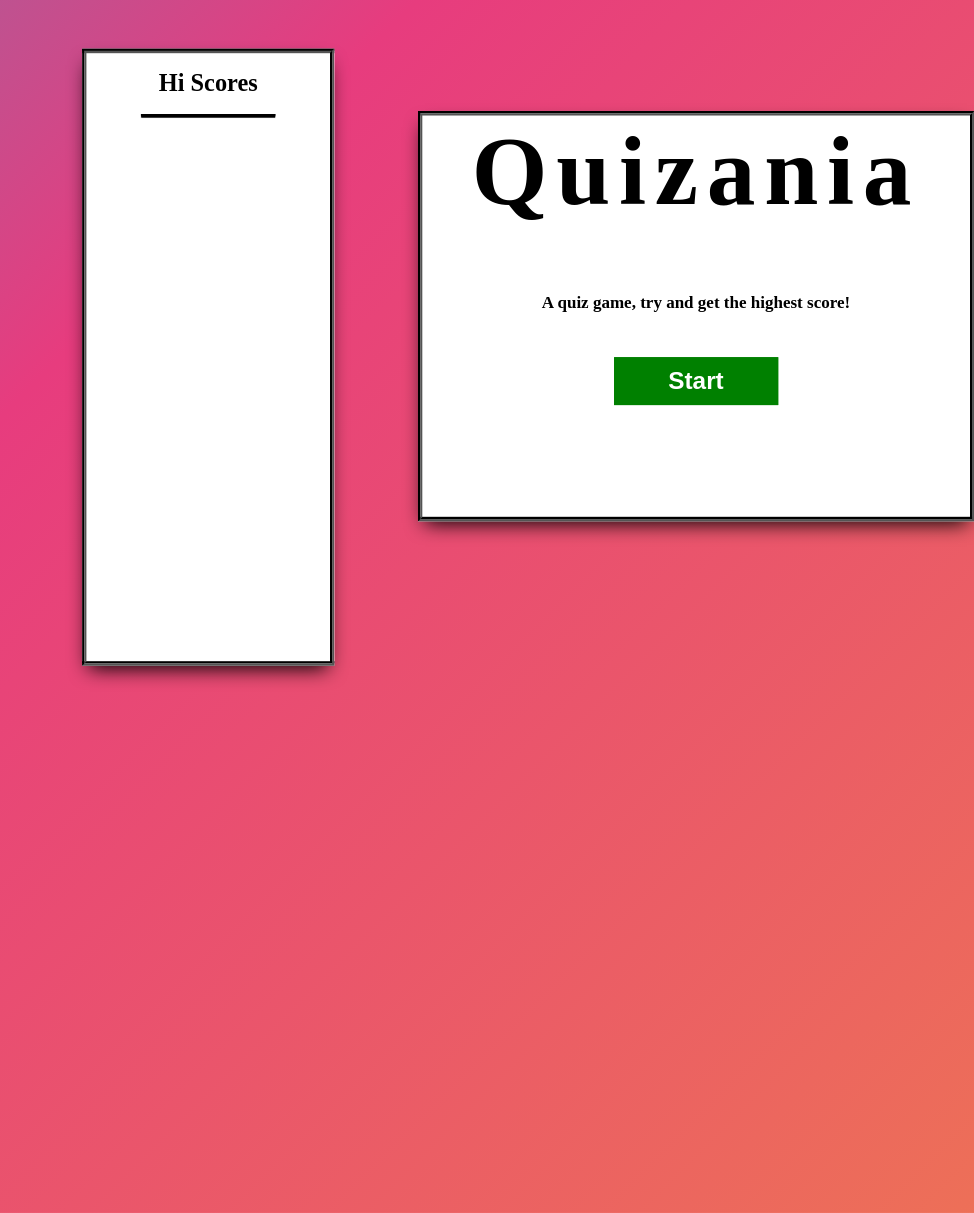
Repository: PatrickTheCodeGuy/QuizApp
Page: / (app in quizapp/)
The author's editor kept a copy of each file at every save. The page is drawn from the files as they stood at one save, then again after the next save.
The browser window is 1280 px wide. The page is 1282 px wide, so the pictures cover 1282 px, including what lies to the right of the window. The pictures show the whole page, at 76% of full size.
The project was rebuilt for these pictures with package versions that can differ from the ones it lists, and the page was loaded fresh each time.

Above is the page before, as saved 2021-07-08 15:10:13.

### quizapp/src/index.css
body {
  margin: 0;
  font-family: -apple-system, BlinkMacSystemFont, 'Segoe UI', 'Roboto', 'Oxygen',
    'Ubuntu', 'Cantarell', 'Fira Sans', 'Droid Sans', 'Helvetica Neue',
    sans-serif;
  -webkit-font-smoothing: antialiased;
  -moz-osx-font-smoothing: grayscale;
  background: linear-gradient(-45deg, #ee7752, #e73c7e, #23a6d5, #23d5ab);
    background-size: 400% 400%;
    animation: gradient 15s ease infinite;
}

code {
  font-family: source-code-pro, Menlo, Monaco, Consolas, 'Courier New',
    monospace;
}
html, body, #app, #app>div {
  width: 100%;
  height:100%;
}

hr.rounded {
  border-top: 5px solid black;
    border-radius: 1px;
    width: 55%;
}

#root{
  display:flex;
}


@keyframes gradient {
    0% {
        background-position: 0% 50%;
    }
    50% {
        background-position: 100% 50%;
    }
    100% {
        background-position: 0% 50%;
    }
}

### quizapp/src/App.js
import logo from './logo.svg';
import './App.css';
import Leaderboard from './components/Leaderboard/Leaderboard';
import StartMenu from './components/StartMenu/StartMenu';


function App() {
  return (
    <div className="startMenu-container App">
          <div class="leaderboard-container">
            <Leaderboard/>
          </div>
          <div class="game-container">
            <StartMenu/>
          </div>
    </div>
  );
}

export default App;

### quizapp/src/App.css
.App {
  display:flex
}

.App-logo {
  height: 40vmin;
  pointer-events: none;
}

@media (prefers-reduced-motion: no-preference) {
  .App-logo {
    animation: App-logo-spin infinite 20s linear;
  }
}

.App-header {
  background-color: #282c34;
  min-height: 100vh;
  display: flex;
  flex-direction: column;
  align-items: center;
  justify-content: center;
  font-size: calc(10px + 2vmin);
  color: white;
}

.App-link {
  color: #61dafb;
}

@keyframes App-logo-spin {
  from {
    transform: rotate(0deg);
  }
  to {
    transform: rotate(360deg);
  }
}


.startMenu-container{
  display: flex;
  margin: 0 auto;
}

.leaderboard-container {
  width: 20em;
  border: 6px groove black;
  text-align: center;
  background-color: white;
  box-shadow: 0px 12px 25px -8px #000000;
  margin-top: 6%;
  height: 50em;
}

### quizapp/src/components/Leaderboard/Leaderboard.js
import React from 'react';
import './Leaderboard.css';

class Leaderboard extends React.Component {
    constructor(props){
        super(props)
        // TODO
        //state for people and scores here
    }

    render(){
        return (
            <div>
                <h1 class="hi-score-text"> Hi Scores</h1>
                <hr class="rounded"/>
            </div>
        )
    }
}

export default Leaderboard;

### quizapp/src/components/StartMenu/StartMenu.js
import React from 'react';
import './StartMenu.css';

class StartMenu extends React.Component {
    constructor(props){
        super(props);
        // TODO
        // determine if need logic here, may just need to be a functional component.
    }

    render(){
        return (
            <div class="menu-container">
                <h1 class="menu-text">Quizania</h1>
                <p class="regular-text">A quiz game, try and get the highest score!</p>
                <button class="button-start">Start</button>
            </div>
        )
    }
}

export default StartMenu;

### quizapp/src/components/Leaderboard/Leaderboard.css
.board-container{
    border: 6px groove black;
    text-align: center;
    background-color: white;
    box-shadow: 0px 12px 25px -8px #000000;
    width: 45em;
    height: 33em;
    margin: 20% 15%;
}

.hi-score-text {
    font-family: 'Pacifico', cursive !important;
}

### quizapp/src/components/StartMenu/StartMenu.css
.menu-text{
    font-family: 'Pacifico', cursive;
    font-size: 8em;
    letter-spacing: 0.09em;
    margin-top: 0%;
}

.regular-text{
    font-family:fantasy;
    font-weight:900;
    font-size: 1.4em;
}

.button-start{
    width: 30%;
    height: 12%;
    background: green;
    margin-top: 5%;
    color: white;
    border: 3px solid green;
    font-size: xx-large;
    font-weight: 600;
    transition: background-color 0.1s ease;
}

.button-start:hover{
    background: rgba(30, 204, 213, 0.311);
    color: black;
    border: 3px solid rgba(41, 251, 255, 0.743);
}

.button-start:active {
    box-shadow: 0 2px #666;
    border: 3px solid rgba(0, 0, 0, 0.564);
    background: white;
    width: 32%;
    color: rgb(43, 43, 43);
    transform: translateY(4px);
}

.menu-container{
    border: 6px groove black;
    text-align: center;
    background-color: white;
    box-shadow: 0px 12px 25px -8px #000000;
    width: 45em;
    height: 33em;
    margin: 20% 15%;
}

Loaded but not shown: quizapp/src/index.js (common file); quizapp/src/reportWebVitals.js (common file)

After the next save:
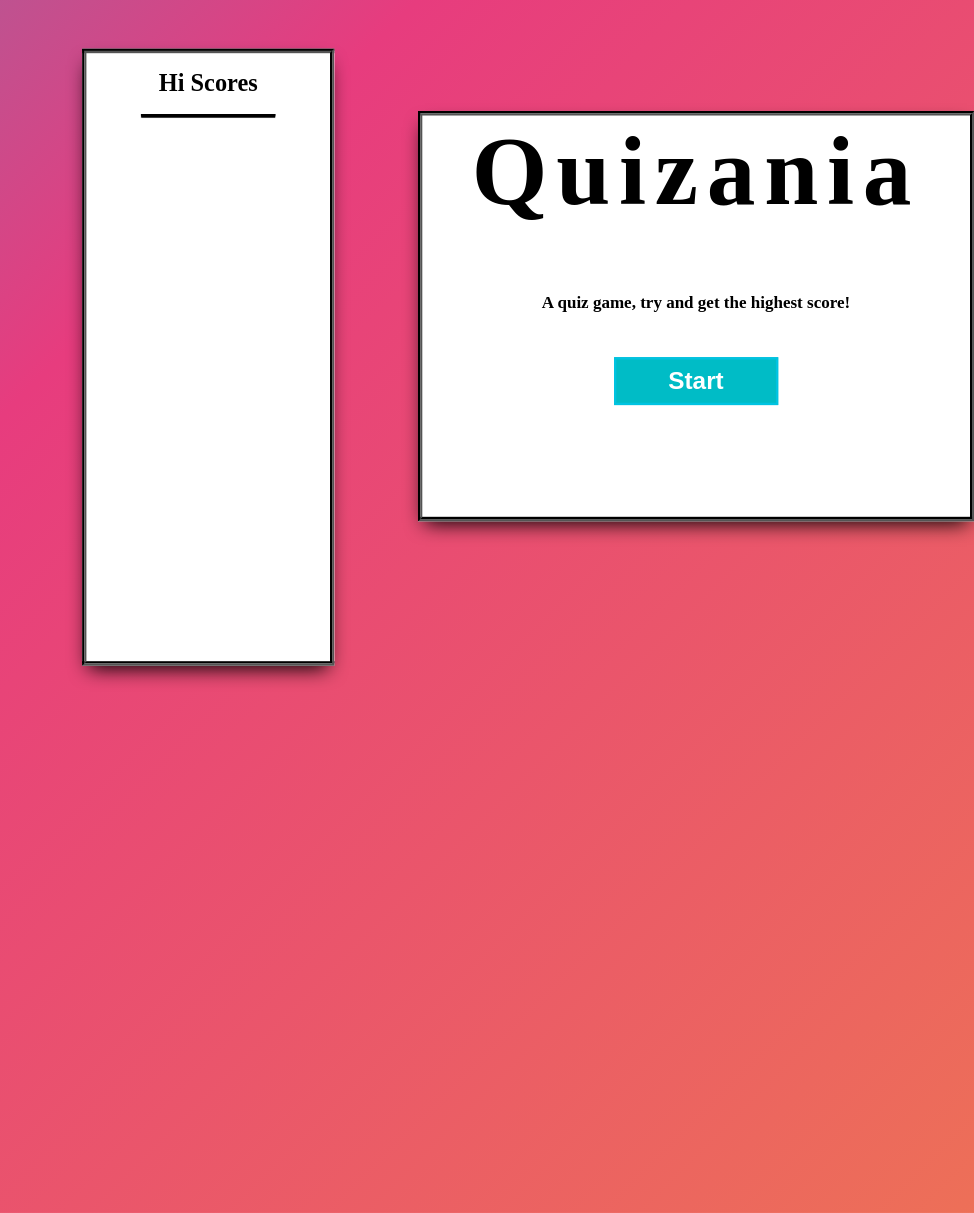
Saved 36 s later.
--- a/quizapp/src/components/StartMenu/StartMenu.css
+++ b/quizapp/src/components/StartMenu/StartMenu.css
@@ -14,10 +14,10 @@
 .button-start{
     width: 30%;
     height: 12%;
-    background: green;
+    background: rgb(0, 188, 198);
     margin-top: 5%;
     color: white;
-    border: 3px solid green;
+    border: 3px solid rgb(0, 195, 225);
     font-size: xx-large;
     font-weight: 600;
     transition: background-color 0.1s ease;
